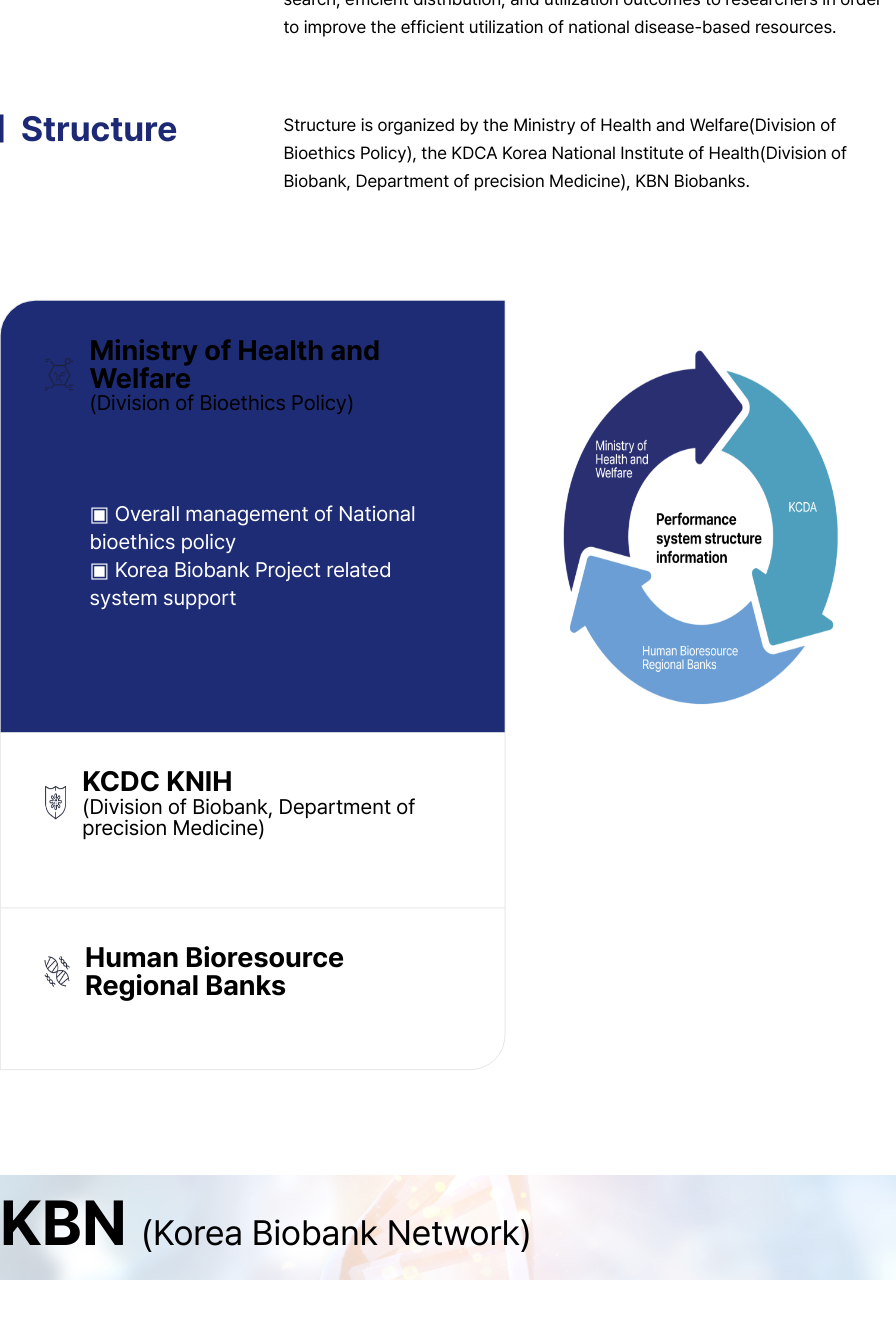
Repository: dlgywls1130/kbn_makedit
Page: index.html
An editor plug-in stored every save of this project. The page is shown before and after the next save, followed by the edit.
The browser window is 1280 px wide. The pictures show the part of the page from y = 1551 to 3471 px (the page is 5667 px tall), at 70% of full size.
After loading, the first visible `div.accordion-item` was clicked once.
Some web libraries are served in a nearby version.

Above is the page before, as saved 2023-10-15 16:44:12.

### index.html
<!DOCTYPE html>
<html lang="en">
<head>
    <meta charset="UTF-8">
    <meta name="viewport" content="width=device-width, initial-scale=1.0">
    <title>KBN</title>

    <link rel="stylesheet" href="./css/reset.css">
    <link rel="stylesheet" href="./css/style.css">

    <!-- slick css -->
    <link rel="stylesheet"  type="text/css" href="./css/slick.css">

</head>
<body>

    <!-- header -->
    <header>
        <div class="header_wrapper">
            <div class="header_logo">
                <img src="./image/logo.png" alt="logo">
            </div>
            <ul class="nav_list">
                <li><a href="#about"> About us</a></li>
                <li><a href="#kbn">KBN</a></li>
                <li><a href="#sample">Sample status</a></li>
                <li><a href="#distribution">Distribution procedure</a></li>
                <li><a href="#biobanks">KBN Biobanks</a></li>
            </ul>
            <div class="header_en">
                <div class="en_icon">
                    <img src="./image/language.png" alt="icon">
                </div>
                <p>EN</p>
            </div>
        </div>

    </header>


    <!-- main banner -->
    <section>
        <div class="main_banner">
            <div class="slide_wrap">
                <div class="slide_list first-slide">
                    <div class="slide_content">
                        <h2 class="slide_title">
                            The Biggest Disease-based
                            <Br>Human Biobank Network of Korea
                        </h2>
                        <p class="slide_sub">
                            KBN, the largest biobank network in korea, collects, manages, and holds disease-based
                            <Br>human bioresources, i.e. various samples of more than 600,000 individuals.
                        </p>
                    </div>
                </div>
                <div class="slide_list second-slide">
                    <div class="slide_content">
                        <h2 class="slide_title">
                            KBN Distribution Support Center
                        </h2>
                        <p class="slide_sub">
                            The Center provides human bioresources, and clinical and epidemiological information
                            <Br> held by KBN biobanks nationwide and actively supports the distribution.

                        </p>
                    </div>
                </div>
                <div class="slide_list three-slide">

                    <div class="slide_content">
                        <h2 class="slide_title">
                            KBN Provides On-line Searching Database
                            <Br>and Operates Distribution Support Center
                        </h2>
                        <p class="slide_sub">
                            Researchers conduct KBN human bioresource search, while the distribution support
                            <Br>center provides services customized to individual users.
                        </p>
                    </div>
                </div>
            </div>
        </div>
    </section>

    <!-- about us -->
    <section id="about">
        <div class="about_wrap">
            <div class="content_width">
                <h2 class="section_title">About us</h2>
            </div>

            <div class="about-us">
                <div class="about_content">
                    <div class="content_list mb-100">
                        <div class="list_main">
                            KBN Portal
                        </div>
                        <div class="list_descript">
                            <p class="mb-50">The Korea Biobank Network’s Human Bioresource Sharing and Access Platform, established in 2019, aims
                            to expand the accessibility of the disease-based bioresources collected through KBN and develop a
                            system to collect high-quality standard clinical information, thereby establishing a distribution support
                            system tailored to researchers.</p>

                            <p>The KBN portal is the largest shared open platform for disease-based resource owned by KBN biobanks
                            involved in KDCA(Korea Disease Control and Prevention Agency) KBP(Korea Biobank Project).
                            It discloses and shares related information including disease-based resource status, systematic search,
                            efficient distribution, and utilization outcomes to researchers in order to improve the efficient utilization of
                            national disease-based resources.</p>
                        </div>
                    </div>
                    <div class="content_list">
                        <div class="list_main">
                            Structure
                        </div>
                        <div class="list_descript">
                            <p>Structure is organized by the Ministry of Health and Welfare(Division of Bioethics Policy), the KDCA Korea
                                National Institute of Health(Division of Biobank, Department of precision Medicine), KBN Biobanks.</p>
                        </div>
                    </div>
                </div>
                <div class="about_acodian">
                    <div class="acodian_list">
                        <div class="accordion-item">
                            <h3 class="title">
                                <div class="acodian_icon">
                                    <img src="./image/about_ico1.png" alt="icon">
                                </div>
                                <p>Ministry of Health and Welfare
                                    <span>(Division of Bioethics Policy)</span>
                                </p>

                            </h3>
                            <div class="paragraph">
                                <p>▣ Overall management of National bioethics policy</p>
                                <p>▣ Korea Biobank Project related system support</p>
                            </div>
                        </div>
                        <div class="accordion-item">
                            <h3 class="title">
                                <div class="acodian_icon">
                                    <img src="/image/about_ico2.png" alt="icon">
                                </div>
                                <p>KCDC KNIH
                                    <span>(Division of Biobank, Department of precision Medicine)</span>
                                </p>

                            </h3>
                            <div class="paragraph">
                                <p>▣ KBN management (National Biobank of Korea management)</p>
                                <p>▣ Collection, management, and distribution of large-scale population-based human bioresources </p>
                                <p>▣ Human bioresource management standardization and technology development</p>
                            </div>
                        </div>
                        <div class="accordion-item">
                            <h3 class="title">
                                <div class="acodian_icon">
                                    <img src="/image/about_ico3.png" alt="icon">
                                </div>
                                <p>Human Bioresource Regional Banks</p>

                            </h3>
                            <div class="paragraph">
                                <p>▣ Collection · management · distribution of disease-based human bioresources</p>
                                <p>▣ Organiztion and operation of Korea Biobank Council</p>
                            </div>
                        </div>
                    </div>
                    <div class="acodian_circle">
                        <img src="/image/acodian.png" alt="img">
                    </div>
                </div>
            </div>
        </div>

    </section>

    <!-- kbn -->

    <section id="kbn">
        <div class="kbn_wrap">
            <div class="content_width">
                <h2 class="section_title">KBN <span>(Korea Biobank Network)</span></h2>
            </div>
            <div class="kbn_content">
                <div class="content_list">
                    <div class="list_main">
                        Korea Biobank Project
                    </div>
                    <div class="list_descript">
                        <p>In 2021, Korea Biobank Project(KBP) Phase 4. The KBN reorganized as a pan-national system with the
                            selection of new biobank partners.
                            </p>

                        <p>The Phase 4 Project include initiative of collaborative subnetworks for specific disease-targeted future
                            biobanking(n=10) and biobank innovation consortia for biomedical and healthcare research(n=2).
                            </p>
                    </div>
                </div>
                <div class="kbn_guidance_wrap">

                </div>
            </div>
        </div>

    </section>

    <!-- sample -->

    <section id="sample">
        <div class="sample_wrap">
            <div class="content_width">
                <h2 class="section_title">Sample status <span>(as of December 31, 2022)</span></h2>
            </div>
            <div class="sample_content">
                <div class="sample_list">
                    <div class="sample_list_left">
                        <div class="sample_list_icon">
                            <img src="" alt="img">
                        </div>
                        <div class="sample_list_title">
                            Current Situation
                        </div>
                    </div>
                    <div class="sample_list_right">
                        <div class="right_span">
                            <span>participants</span>
                            <p>663,254</p>
                        </div>
                        <div class="right_span">
                            <span>vials</span>
                            <p>9,062,621</p>
                        </div>
                    </div>
                </div>
                <div class="sample_list">
                    <div class="sample_list_left">
                        <div class="sample_list_icon">
                            <img src="" alt="img">
                        </div>
                        <div class="sample_list_title">
                            Distribution
                        </div>
                    </div>
                    <div class="sample_list_right">
                        <div class="right_span">
                            <span>studies</span>
                            <p>3215</p>
                        </div>
                    </div>
                </div>
                <div class="sample_list">
                    <div class="sample_list_left">
                        <div class="sample_list_icon">
                            <img src="" alt="img">
                        </div>
                        <div class="sample_list_title">
                            Utilization
                        </div>
                    </div>
                    <div class="sample_list_right">
                        <div class="right_span">
                            <span>papers</span>
                            <p>948</p>
                        </div>
                        <div class="right_span">
                            <span>patents</span>
                            <p>116</p>
                        </div>
                    </div>
                </div>
            </div>
        </div>

    </section>

    <!-- Distribution  -->
    <section id="distribution">
        <div class="distribution_wrap">
            <div class="content_width">
                <h2 class="section_title white">Distribution procedure</h2>
            </div>
            <div class="distribution_about">
                <div class="content_list">
                    <div class="list_main">
                        Procedure
                    </div>
                    <div class="list_descript">
                        <p>KBN Human bioresources application procedure for distribution.</p>

                        <p>KBN distributes the collected human bioresources to researchers for domestic healthcare R&D.
                            For access to, researcher(s) residing in Korea and carrying out a research project that has obtained IRB
                            approval(or exemption) can apply for access to human bioresource distribution, and if approved by the
                            Access and Sharing Committee, the bioresources are released.
                        </p>
                    </div>
                </div>
                <div class="text_slide">

                </div>
            </div>
        </div>
    </section>

    <!-- Biobanks  -->
    <section id="biobanks">
        <div class="biobank_wrap">
            <div class="content_width">
                <h2 class="section_title">KBN Biobanks <span>- targeted diseases</span></h2>
            </div>
            <div class="biobank_content">
                <div class="biobank_tab">

                </div>

            </div>
        </div>

    </section>

    <!-- logo slide -->
    <section>
        <div class="logo_loop">

        </div>
    </section>

    <!-- footer -->
    <footer>
        <div class="footer_wrap">
            <div class="footer_left">
                <h3 class="footer_title">
                    CONTACT US
                </h3>

                <div class="footer_contain">
                    <ul>
                        <li class="footer_text">kbnysvc@gmail.com</li>
                        <li class="footer_phone">+82 -31-546-2715</li>
                        <li class="footer_text">Monday-Friday 8:30am ~ 5:30pm</li>
                        <li class="footer_text">(Saturday and Sunday, Holidays : ClOSED)</li>
                    </ul>
                    <ul>
                        <li><img src="" alt="icon"></li>
                        <li><img src="" alt="icon"></li>
                    </ul>
                </div>

                <p>Yongin Severance Hospital 363, Dongbaekjukjeon-daero, Giheung-gu, Yongin-si, Gyeonggi-do 16995, Republic of Korea</p>
            </div>

            <div class="footer_right">
                <div class="right_top">
                    <h3 class="footer_title">
                        SOCIAL LINKS
                    </h3>
                    <div class="footer_sns">
                        <a href="" class="link_sns">
                            <img src="" alt="sns">
                        </a>
                        <a href="" class="link_sns">
                            <img src="" alt="sns">
                        </a>
                        <a href="" class="link_sns">
                            <img src="" alt="sns">
                        </a>

                    </div>
                </div>
                <div class="right_bottom">
                    <h3 class="footer_title">
                        RELATED SITE
                    </h3>
                    <div class="link_site">
                        <a href="" class="site_link">
                            <img src="" alt="link">
                        </a>
                        <a href="" class="site_link">
                            <img src="" alt="link">
                        </a>

                    </div>
                </div>

            </div>
        </div>
        <div class="footer_copy">
            <p>YONSEI UNIVERSITY, YONGIN SEVERANCE HOSPITAL. ALL RIGHTS RESERVED </p>
            <div class="copy_right">
                <p>Personal information processing policy</p>
                <p>Terms and Conditions</p>
            </div>
        </div>
    </footer>


    <script type="text/javascript" src="//code.jquery.com/jquery-1.11.0.min.js"></script>
    <script src="./js/slick.min.js"></script>
    <script src="./js/main.js"></script>
</body>
</html>

### js/main.js
// 1. main banner

$('.slide_wrap').slick({
    slidesToShow: 1,
    arrows: true,
    dots:true,
    autoplay: true,
  autoplaySpeed: 2000,
  infinite: true,
  prevArrow: '<div class="arrow slick-prev"></div>',
    nextArrow: '<div class="arrow slick-next"></div>',
  customPaging: function(slider, i) {
    var titles = ['Biobank', 'Support Center', 'On-line Searching'];
    return '<button>' + titles[i] + '</button>';
}
  });



  // 2. about acodian

  const accordionItem = document.querySelectorAll(".accordion-item");

    accordionItem.forEach((el) =>
        el.addEventListener("click", () => {
            if (el.classList.contains("active")) {
                el.classList.remove("active");
            } else {
                accordionItem.forEach((el2) => el2.classList.remove("active"));
                el.classList.add("active");
            }
        })
    );

Loaded but not shown: css/reset.css (common file); css/slick.css (common file); js/slick.min.js (library); css/style.css (397 lines, source omitted)

After the next save:
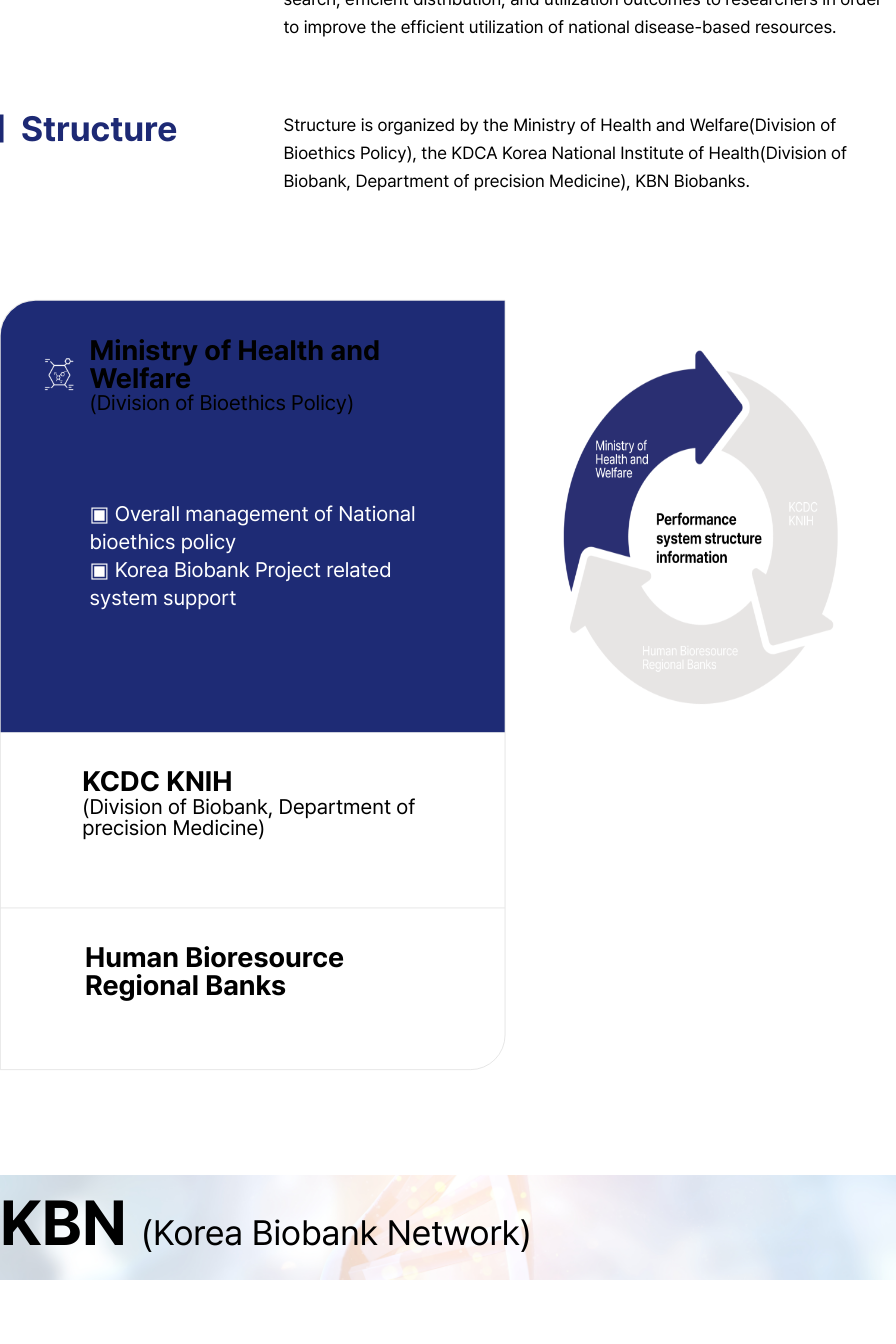
Saved 6 min 46 s later.
--- a/js/main.js
+++ b/js/main.js
@@ -20,14 +20,33 @@
   // 2. about acodian
 
   const accordionItem = document.querySelectorAll(".accordion-item");
+  const acodianCircleImg = document.querySelector(".acodian_circle img");
 
-    accordionItem.forEach((el) =>
-        el.addEventListener("click", () => {
-            if (el.classList.contains("active")) {
-                el.classList.remove("active");
-            } else {
-                accordionItem.forEach((el2) => el2.classList.remove("active"));
-                el.classList.add("active");
-            }
-        })
-    );
+  accordionItem.forEach((el, index) =>
+      el.addEventListener("click", () => {
+          // 아이콘 이미지 변경
+          accordionItem.forEach((el2, idx) => {
+              const iconImg = el2.querySelector(".acodian_icon img");
+              if(iconImg) {
+                  iconImg.src = `./image/about_ico${idx + 1}${el2.classList.contains("active") ? "" : "_w"}.png`;
+              }
+          });
+
+          if (el.classList.contains("active")) {
+              el.classList.remove("active");
+              // 원래의 원 모양의 이미지로 변경
+              acodianCircleImg.src = "./image/acodian.png";
+          } else {
+              accordionItem.forEach((el2) => el2.classList.remove("active"));
+              el.classList.add("active");
+              // 아코디언이 열리면 원 모양의 이미지 변경
+              acodianCircleImg.src = `./image/acodian0${index + 1}.png`;
+
+              // 아이콘 이미지 변경 (선택된 아이템)
+              const selectedIconImg = el.querySelector(".acodian_icon img");
+              if(selectedIconImg) {
+                  selectedIconImg.src = `./image/about_ico${index + 1}_w.png`;
+              }
+          }
+      })
+  );
